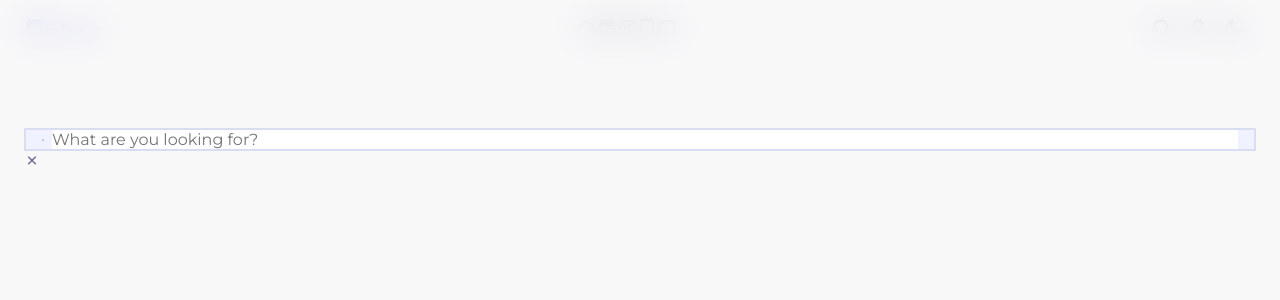
Repository: dinhhaidh/web-book-slider
Page: index.html
These files come from the project's save history. The page is drawn as it stood at one moment and after the next save; the edit follows.
The browser window is 1280 px wide. The pictures show the whole page.
Some web fonts or font styles are not loaded; a fallback is used. Some web libraries are served in a nearby version.

Above is the page before, as saved 2024-01-11 21:08:38.

After the next save:
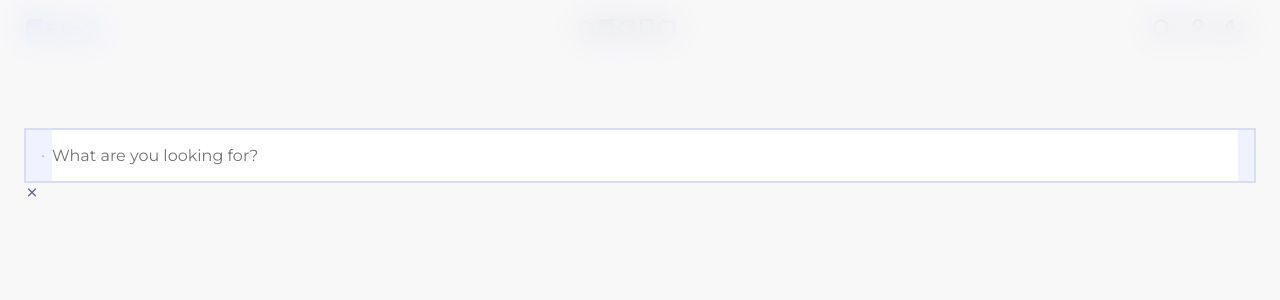
Saved 3 s later.
--- a/style.css
+++ b/style.css
@@ -215,7 +215,7 @@ img{
 }
 .search__input{
     width: 100%;
-    padding-block: ;
+    padding-block: 1rem;
 }
 
 /* .section__title{
